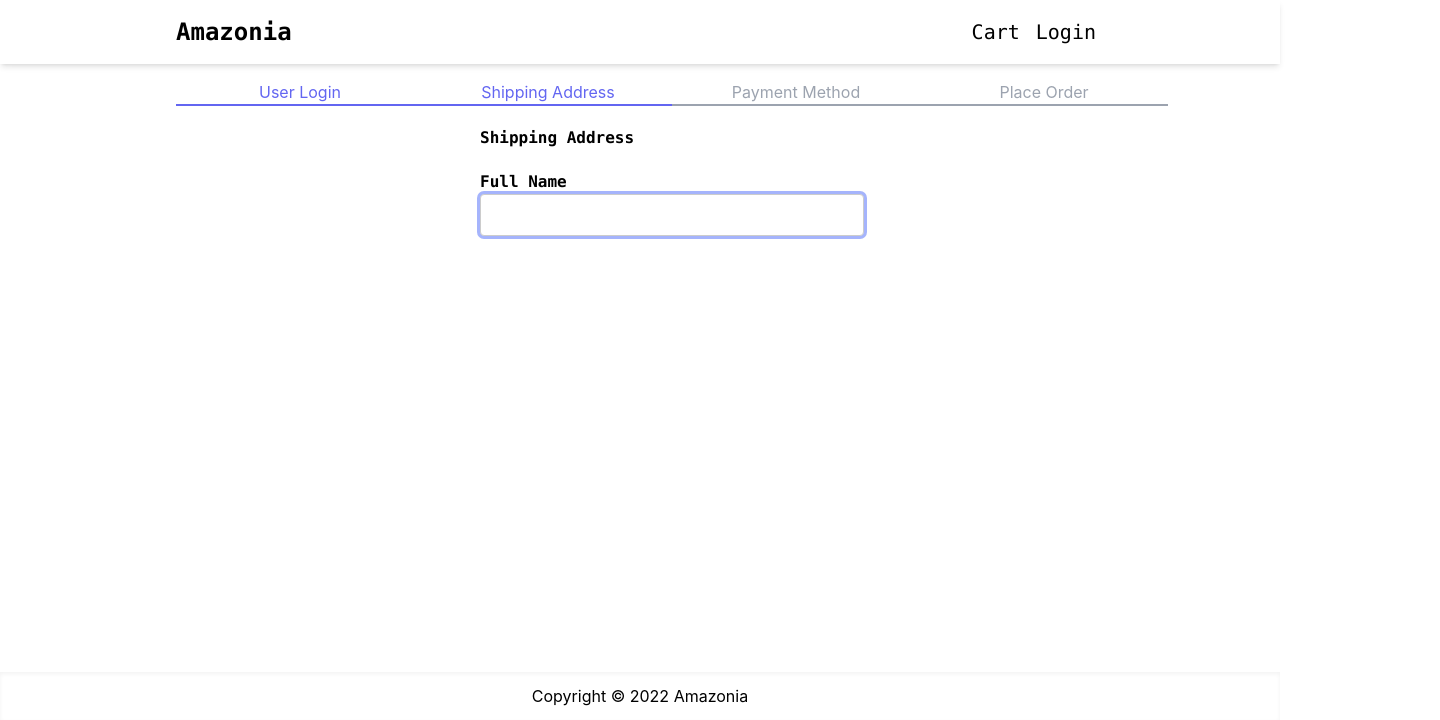
Repository: chidieb11/shop
Page: /shipping
An editor plug-in stored every save of this project. The page is shown before and after the next save, followed by the edit.
The browser window is 1280 px wide. The page is 1440 px wide, so the pictures cover 1440 px, including what lies to the right of the window. The pictures show the whole page.
The page's requests for data from a server got no answer. The project was rebuilt for these pictures with package versions that can differ from the ones it lists, and the page was loaded fresh each time. The framework's server and built-in components were replaced by stand-ins that run in the browser. No one was signed in, and anything a server would have sent is missing. Also part of the build but not shown: next.config.js, components/DropdownLink.js.

Above is the page before, as saved 2022-06-28 22:11:44.

### pages/_app.js
import "../styles/globals.css";
import { StoreProvider } from "../utils/Store";
import { SessionProvider } from "next-auth/react";

function MyApp({ Component, pageProps:{session, ...pageProps }}) {
  return (
    <SessionProvider session={session}>
      <StoreProvider>
        <Component {...pageProps} />
      </StoreProvider>
    </SessionProvider>
  );
}

export default MyApp;

### pages/shipping.js
import React from "react";
import { useForm } from "react-hook-form";
import CheckoutWizard from "../components/CheckoutWizard";
import Layout from "../components/Layout";

const ShippingScreen = () => {
  const {
    handleSubmit,
    register,
    formState: { errors },
    setValue,
  } = useForm();

  return (
    <Layout title="Shipping Address">
      <CheckoutWizard activeStep={1} />

      <form className="mx-auto max-w-screen-sm">
        <h1 className="capitalize mb-5 text font-bold font-mono">shipping address</h1>
        <div className="mb-4 flex flex-col">
          <label htmlFor="fullName" className="font-bold font-mono">Full Name</label>
          <input
            type="text"
            className="w-96"
            id="fullName"
            autoFocus
            {...register("fullName", {
              required: "Please Enter Your Full Name",
            })}
            style={{ border: "1px solid #ccc", outline: "none" }}
          />
          {errors.fullName && (
            <div className="text-red-500">{errors.fullName.message}</div>
          )}
        </div>
      </form>
    </Layout>
  );
};

export default ShippingScreen;

### styles/globals.css
@tailwind base;
@tailwind components;
@tailwind utilities;

html,
body {
  padding: 0;
  margin: 0;
  font-family: -apple-system, BlinkMacSystemFont, Segoe UI, Roboto, Oxygen,
    Ubuntu, Cantarell, Fira Sans, Droid Sans, Helvetica Neue, sans-serif;
}

a {
  color: inherit;
  text-decoration: none;
}

* {
  box-sizing: border-box;
}

.card {
  @apply mb-5 block rounded-lg border border-gray-200 shadow-md;
}

.primary-button {
  @apply rounded bg-amber-200 py-2 px-4 shadow outline-none hover:bg-amber-400 active:bg-amber-500;
}

input,
select,
textarea {
  @apply rounded border-none p-2 outline-none ring-indigo-300 focus:ring;
}

.dropdown-link {
  @apply flex p-2 hover:bg-gray-200;
}

### utils/Store.js
import Cookies from "js-cookie";
import { createContext, useReducer } from "react";

export const Store = createContext();

const initialState = {
  cart: Cookies.get("cart")
    ? JSON.parse(Cookies.get("cart"))
    : { cartItems: [] },
};

function reducer(state, action) {
  switch (action.type) {
    case "CART_ADD_ITEM": {
      const newItem = action.payload;
      const existingItem = state.cart.cartItems.find(
        (item) => item.slug === newItem.slug
      );
      const cartItems = existingItem
        ? state.cart.cartItems.map((item) =>
            item.name === existingItem.name ? newItem : item
          )
        : [...state.cart.cartItems, newItem];
      Cookies.set("cart", JSON.stringify({ ...state.cart, cartItems }));
      return { ...state, cart: { ...state.cart, cartItems } };
    }
    case "CART_REMOVE_ITEM": {
      const cartItems = state.cart.cartItems.filter(
        (item) => item.slug !== action.payload.slug
      );
      Cookies.set("cart", JSON.stringify({ ...state.cart, cartItems }));
      return { ...state, cart: { ...state.cart, cartItems } };
    }
    case "CLEAR_RESET":
      return {
        ...state,
        cart: {
          cartItems: [],
          shippingAddress: { location: [] },
          paymentMethod: "",
        },
      };
    default:
      return state;
  }
}

export function StoreProvider({ children }) {
  const [state, dispatch] = useReducer(reducer, initialState);
  const value = { state, dispatch };
  return <Store.Provider value={value}>{children}</Store.Provider>;
}

### components/CheckoutWizard.js
import React from "react";

const CheckoutWizard = ({ activeStep = 0 }) => {
  return (
    <div className="mb-5 flex flex-wrap md:mr-64">
      {["User Login", "Shipping Address", "Payment Method", "Place Order"].map(
        (step, index) => (
          <div
            key={step}
            className={`flex-1 border-b-2 text-center ${
              index <= activeStep
                ? "border-indigo-500 text-indigo-500"
                : "border-gray-400 text-gray-400"
            }`}
          >
            {step}
          </div>
        )
      )}
    </div>
  );
};

export default CheckoutWizard;

### components/Layout.js
import Head from "next/head";
import Link from "next/link";
import React, { useContext, useEffect, useState } from "react";
import { Store } from "../utils/Store";
import { signOut, useSession } from "next-auth/react";
import { ToastContainer } from "react-toastify";
import "react-toastify/dist/ReactToastify.css";
import { Menu } from "@headlessui/react";
import DropdownLink from "./DropdownLink";
import Cookies from "js-cookie";

const Layout = ({ title, children }) => {
  const { state, dispatch } = useContext(Store);
  const { cart } = state;
  const [cartItemCount, setCartItemCount] = useState(0);
  const { status, data: session } = useSession();

  useEffect(() => {
    setCartItemCount(
      cart.cartItems.reduce(
        (accumulator, currentQuantity) =>
          accumulator + currentQuantity.quantity,
        0
      )
    );
  }, [cart.cartItems]);

  const logoutClickHandler = () => {
    Cookies.remove("cart");
    dispatch({ type: "CLEAR_RESET" });
    signOut({ callbackUrl: "/login" });
  };

  return (
    <>
      <Head>
        <title>{title ? title + "-Amazonia" : "Amazonia"}</title>
        <meta name="description" content="Ecommerce Website" />
        <link rel="icon" href="/favicon.ico" />
      </Head>

      <ToastContainer position="bottom-center" limit={1} />

      <div className="flex min-h-screen flex-col justify-between">
        {/* Navbar */}
        <header className="top-0 sticky shadow-md">
          <nav className="flex justify-between items-center px-4 md:mx-40 h-16">
            <Link href="/">
              <a className="text-2xl font-bold font-mono capitalize">
                amazonia
              </a>
            </Link>
            <div>
              <Link href="cart">
                <a className="p-2 capitalize text-xl font-mono">
                  cart
                  {cartItemCount > 0 && (
                    <span className="ml-1 rounded-full bg-red-600 text-white px-2 pt-1 text-center font-bold text-xs">
                      {cartItemCount}
                    </span>
                  )}
                </a>
              </Link>

              {status === "loading" ? (
                "loading"
              ) : session?.user ? (
                <Menu as="div" className="relative inline-block">
                  <Menu.Button>{session.user.name}</Menu.Button>
                  <Menu.Items className="absolute right-0 w-56 origin-top-right bg-white shadow-lg rounded-md">
                    <Menu.Item>
                      <DropdownLink className="dropdown-link" href="/profile">
                        Profile
                      </DropdownLink>
                    </Menu.Item>
                    <Menu.Item>
                      <DropdownLink
                        className="dropdown-link"
                        href="/order-history"
                      >
                        Order History
                      </DropdownLink>
                    </Menu.Item>
                    <Menu.Item>
                      <a
                        className="dropdown-link"
                        href="#"
                        onClick={logoutClickHandler}
                      >
                        Logout
                      </a>
                    </Menu.Item>
                  </Menu.Items>
                </Menu>
              ) : (
                <Link href="/login">
                  <a className="text-xl font-mono p-2">Login</a>
                </Link>
              )}
            </div>
          </nav>
        </header>

        {/* Main */}
        <main className="container m-auto mx-40 mt-4 px-4">{children}</main>

        {/* Footer */}
        <footer className="flex justify-center items-center shadow-inner h-12">
          <p>Copyright &copy; 2022 Amazonia</p>
        </footer>
      </div>
    </>
  );
};

export default Layout;

Loaded but not shown: tailwind.config.js (common file)

After the next save:
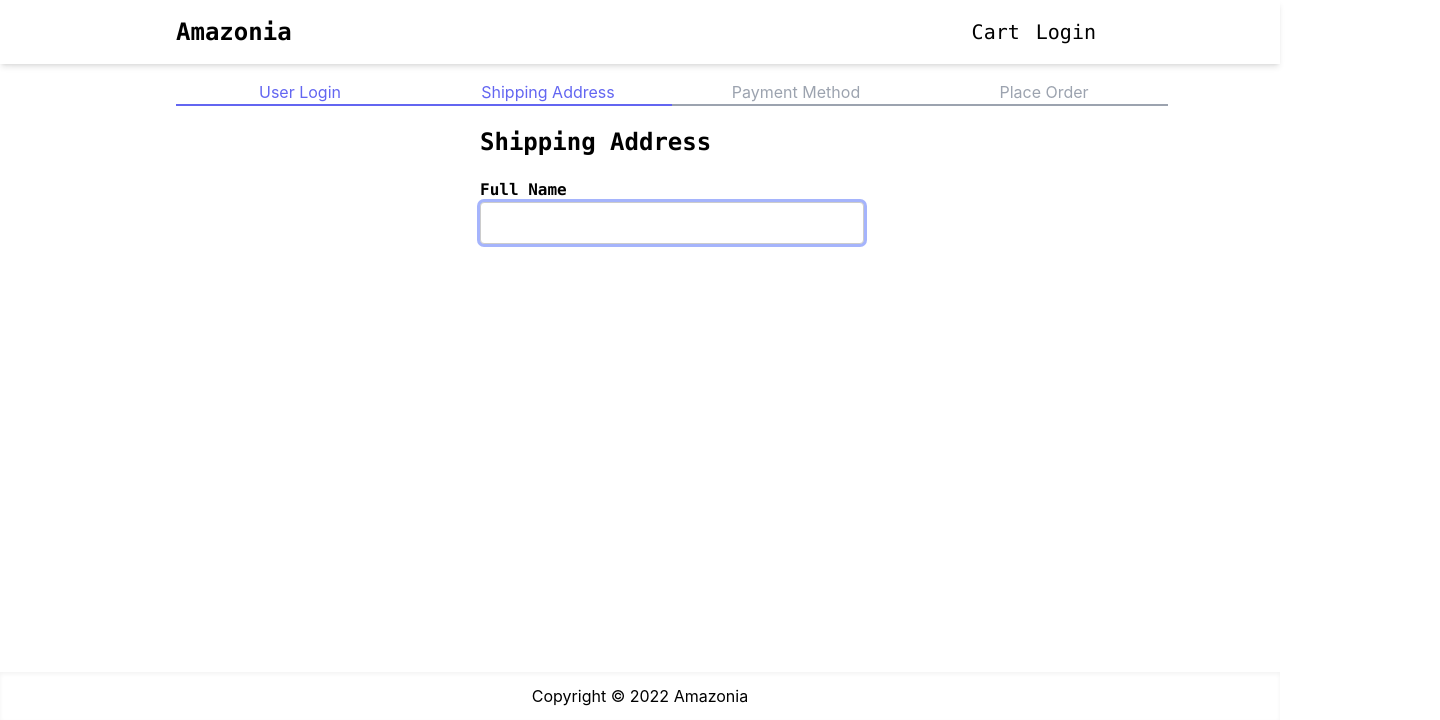
Saved 4 s later.
--- a/pages/shipping.js
+++ b/pages/shipping.js
@@ -16,9 +16,13 @@ const ShippingScreen = () => {
       <CheckoutWizard activeStep={1} />
 
       <form className="mx-auto max-w-screen-sm">
-        <h1 className="capitalize mb-5 text font-bold font-mono">shipping address</h1>
+        <h1 className="capitalize mb-5 text-2xl font-bold font-mono">
+          shipping address
+        </h1>
         <div className="mb-4 flex flex-col">
-          <label htmlFor="fullName" className="font-bold font-mono">Full Name</label>
+          <label htmlFor="fullName" className="font-bold font-mono">
+            Full Name
+          </label>
           <input
             type="text"
             className="w-96"
